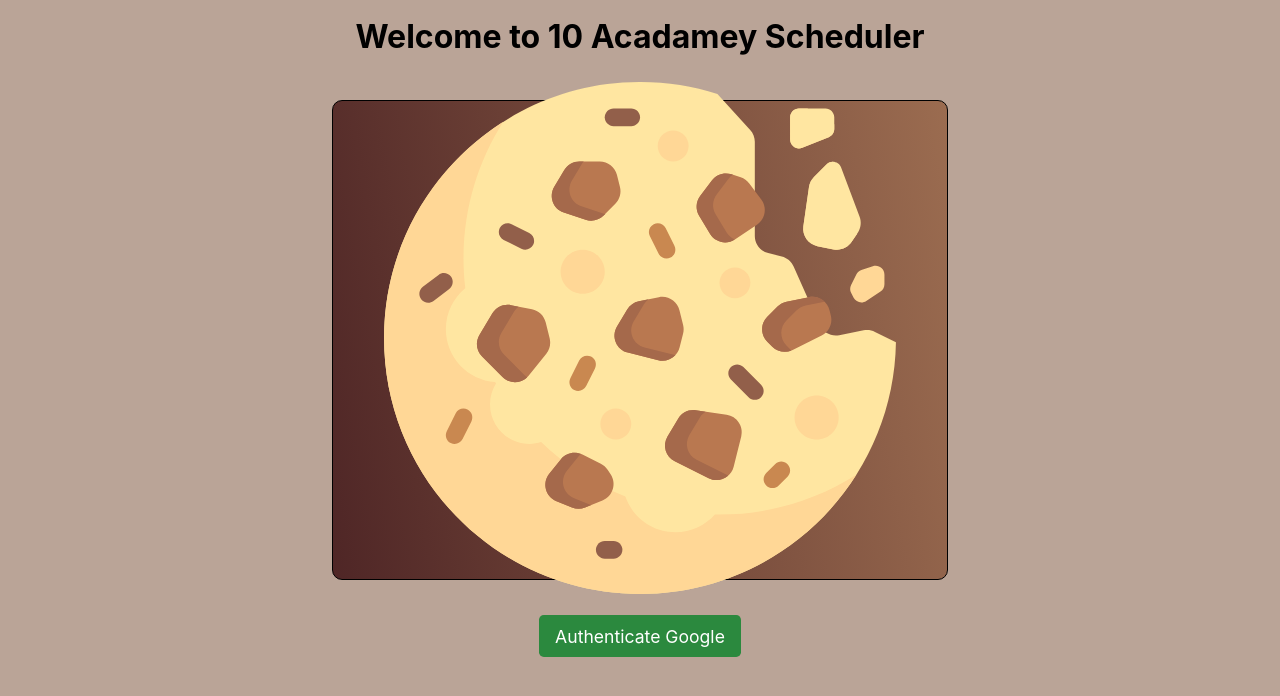
Repository: nebilarega/calendar-extractor
Page: / (app in frontend/)
The author's editor kept a copy of each file at every save. The page is drawn from the files as they stood at one save, then again after the next save.
The browser window is 1280 px wide. The pictures show the whole page.
The project was rebuilt for these pictures with package versions that can differ from the ones it lists, and the page was loaded fresh each time.

Above is the page before, as saved 2022-08-24 23:50:01.

After the next save:
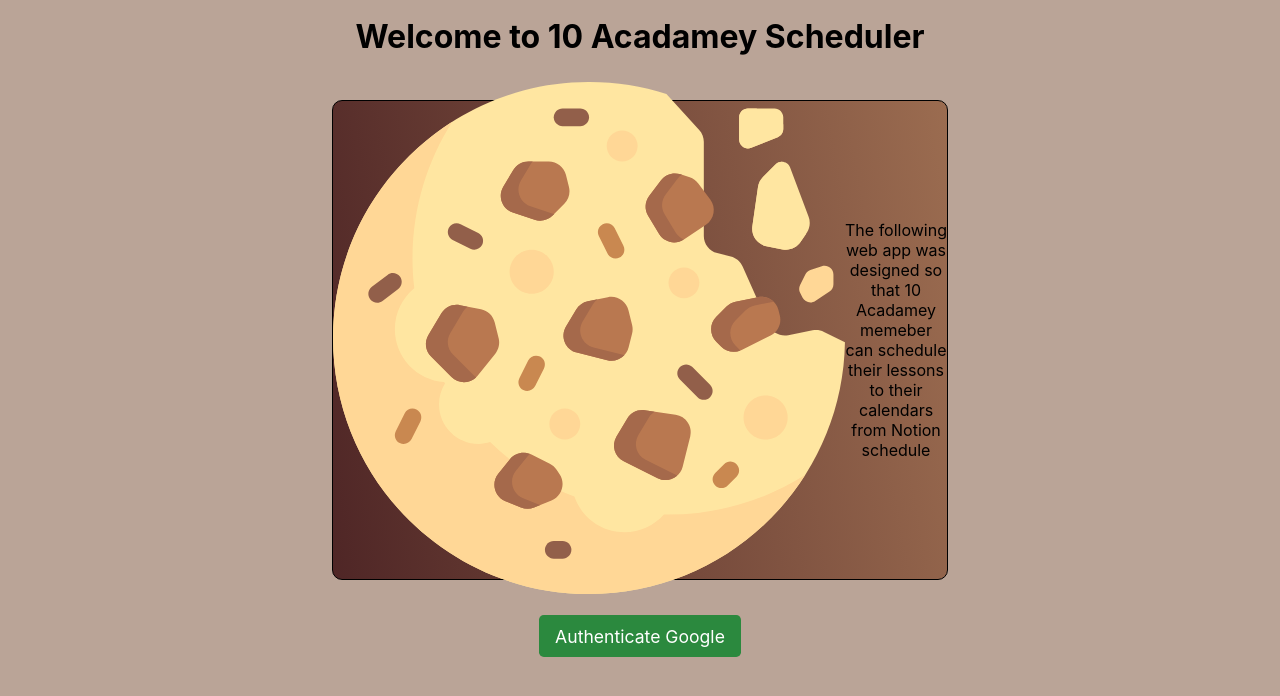
Saved 108 s later.
--- a/frontend/src/component/LandingPage.js
+++ b/frontend/src/component/LandingPage.js
@@ -217,6 +217,12 @@
                 </clipPath>
               </defs>
             </svg>
+          </div>
+          <div className="text__container">
+            <p>
+              The following web app was designed so that 10 Acadamey memeber can
+              schedule their lessons to their calendars from Notion schedule
+            </p>
           </div>
         </div>
         <div className="footer">
